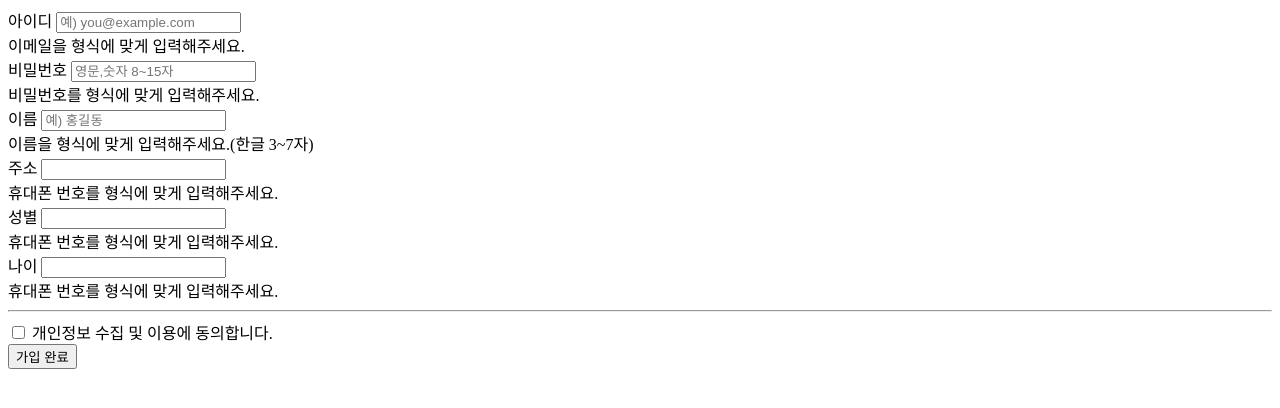
Repository: PacJ/spring_project
Page: http://localhost/spring_project/WEB-INF/views/user/signup.jsp
The author's editor kept a copy of each file at every save. The page is drawn from the files as they stood at one save, then again after the next save.
The browser window is 1280 px wide. The pictures show the whole page.
The page is served by Tomcat 9. Nobody is signed in. Other server files are loaded and not shown. The template is opened directly, without the code that normally fills it, so the values that code supplies are empty.

Above is the page before, as saved 2023-02-28 04:08:42.

### spring_project/src/main/webapp/WEB-INF/views/user/signup.jsp
<%@ page language="java" contentType="text/html; charset=UTF-8"
    pageEncoding="UTF-8"%>


 <div class="container">
     <div class="input-form-backgroud row">
      <div class="input-form col-md-12 mx-auto">
        <form class="validation-form" method="post" action="signup.do" novalidate >

           <div class="row">
	         <div class="mb-3">
	            <label for="userId">아이디</label>
	            <input type="text" class="form-control" name="userId"
	            		pattern="[A-Za-z0-9_]+[A-Za-z0-9]*[@]{1}[A-Za-z0-9]+[A-Za-z0-9]*[.]{1}[A-Za-z]{1,3}"
	            		placeholder="예) you@example.com" required>
	            <div class="invalid-feedback">
	              이메일을 형식에 맞게 입력해주세요.
	            </div>
	          </div>

	          <div class="mb-3">
	            <label for="pass">비밀번호</label>
	            <input type="password"  class="form-control" name="userPass"
	            pattern="[a-zA-Z0-9]{8,15}"  placeholder="영문,숫자 8~15자" required>
	            <div class="invalid-feedback">
	              비밀번호를 형식에 맞게 입력해주세요.
	            </div>
	          </div>

	          <!--           <div class="mb-3">
	            <label for="passChk">비밀번호 재입력</label>
	            <input type="text"  class="form-control" name="member_passChk"
	            pattern="[a-zA-Z0-9]{8,15}" placeholder="영문,숫자 8~15자" required>
	           <div class="invalid-feedback">
	              비밀번호가 일치하지 않습니다.
	            </div>
	          </div>  -->

	           <div class="mb-3">
	              <label for="name">이름</label>
	              <input type="text" class="form-control" name="userName"
	              pattern="[가-힣]{3,7}" placeholder="예) 홍길동 " required>
	              <div class="invalid-feedback">
	                이름을 형식에 맞게 입력해주세요.(한글 3~7자)
	              </div>
	            </div>



	          <div class="mb-3">
	            <label for="address">주소</label>
	            <input type="text" class="form-control" name="userAdress"  pattern="^010[0-9]{8}$" placeholder="" required>
	            <div class="invalid-feedback">
	              휴대폰 번호를 형식에 맞게 입력해주세요.
	            </div>
	          </div>

	          <div class="mb-3">
	            <label for="Sex">성별</label>
	            <input type="text" class="form-control" name="userSex"  pattern="^010[0-9]{8}$" placeholder="" required>
	            <div class="invalid-feedback">
	              휴대폰 번호를 형식에 맞게 입력해주세요.
	            </div>
	          </div>

	          <div class="mb-3">
	            <label for="age">나이</label>
	            <input type="text" class="form-control" name="userAge"  pattern="^010[0-9]{8}$" placeholder="" required>
	            <div class="invalid-feedback">
	              휴대폰 번호를 형식에 맞게 입력해주세요.
	            </div>
	          </div>


	          <hr class="mb-4">
	          <div class="custom-control custom-checkbox">
	            <input type="checkbox" class="custom-control-input" id="aggrement" required>
	            <label class="custom-control-label" for="aggrement">개인정보 수집 및 이용에 동의합니다.</label>
	          </div>
	          <div class="mb-4">
	          <input type="hidden" name="memberType" value="1" />
	           <button class="btn btn-dark btn-lg btn-block" type="submit">가입 완료</button>
	           </div>
	        </div>

	      </form>
	      </div>
    </div>
</div>

  <script >
      const forms = document.getElementsByClassName('validation-form');

      Array.prototype.filter.call(forms, (form) => {
        form.addEventListener('submit', function (event) {
          if (form.checkValidity() === false) {
            event.preventDefault();
            event.stopPropagation();
          }

          form.classList.add('was-validated');
        }, false);
      });

  </script>

After the next save:
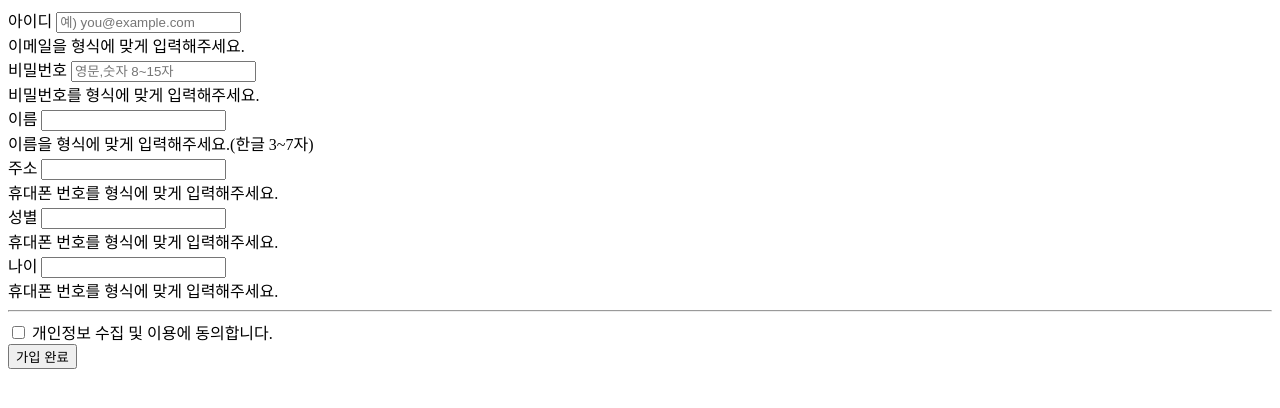
Saved 11 s later.
--- a/spring_project/src/main/webapp/WEB-INF/views/user/signup.jsp
+++ b/spring_project/src/main/webapp/WEB-INF/views/user/signup.jsp
@@ -39,7 +39,7 @@
 	           <div class="mb-3">
 	              <label for="name">이름</label>
 	              <input type="text" class="form-control" name="userName"
-	              pattern="[가-힣]{3,7}" placeholder="예) 홍길동 " required>
+	              pattern="[가-힣]{3,7}" placeholder="" required>
 	              <div class="invalid-feedback">
 	                이름을 형식에 맞게 입력해주세요.(한글 3~7자)
 	              </div>
